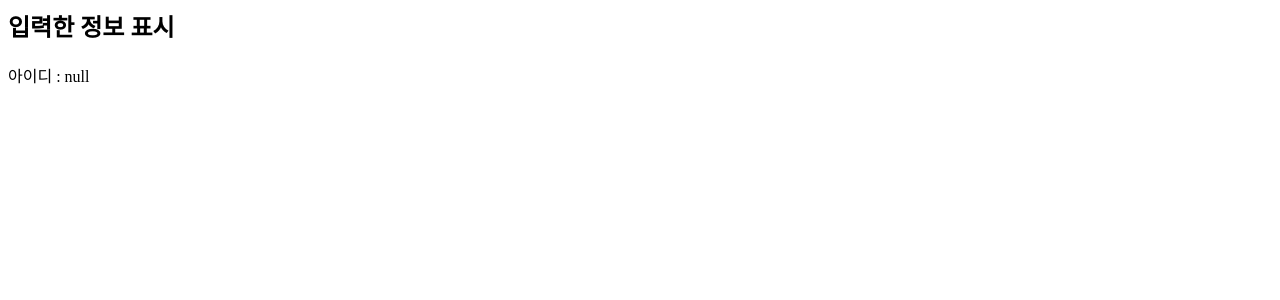
Repository: matodale/StudyJSP
Page: http://localhost/StudyJSP/ch10/exam10_Pro.jsp
These files come from the project's save history. The page is drawn as it stood at one moment and after the next save; the edit follows.
The browser window is 1280 px wide. The pictures show the whole page.
The page is served by Tomcat 9.

Above is the page before, as saved 2022-12-22 04:58:11.

After the next save:
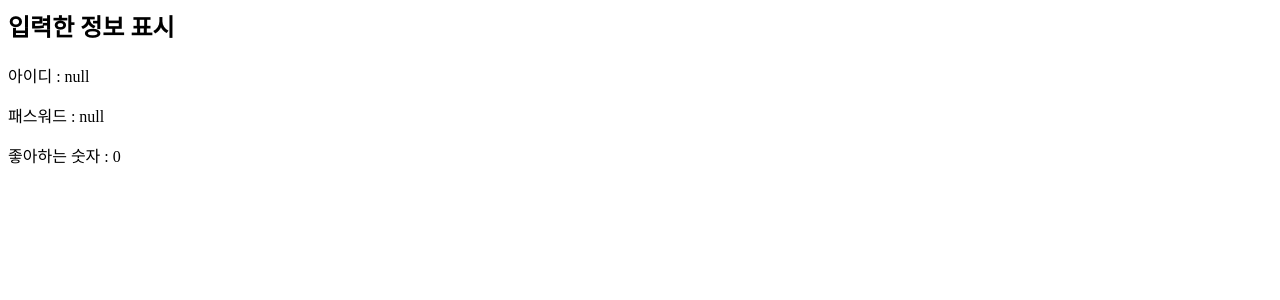
Saved 43 s later.
--- a/StudyJSP/src/main/webapp/ch10/exam10_Pro.jsp
+++ b/StudyJSP/src/main/webapp/ch10/exam10_Pro.jsp
@@ -9,3 +9,5 @@
 
 <h2>입력한 정보 표시</h2>
 <p>아이디 : <jsp:getProperty name="exBean" property="id"/></p>
+<p>패스워드 : <jsp:getProperty name="exBean" property="passwd"/></p>
+<p>좋아하는 숫자 : <jsp:getProperty name="exBean" property="number"/></p>
